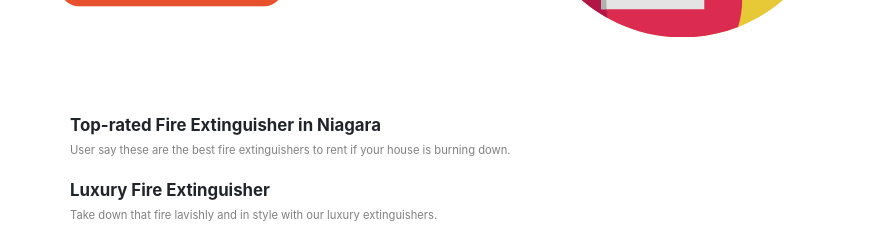
Repository: tomas938/Nuxt-crash-app
Page: /
An editor plug-in stored every save of this project. The page is shown before and after a run of saves, followed by the edit.
The browser window is 1280 px wide. The pictures show the part of the page from y = 499 to 2419 px (the page is 842 px tall before and 2866 px after), at 70% of full size.
The project was rebuilt for these pictures with package versions that can differ from the ones it lists, and the page was loaded fresh each time. The framework's server and built-in components were replaced by stand-ins that run in the browser. Also part of the build but not shown: nuxt.config.js.

Above is the page before, as saved 2021-08-29 12:42:14.

After the next 2 saves:
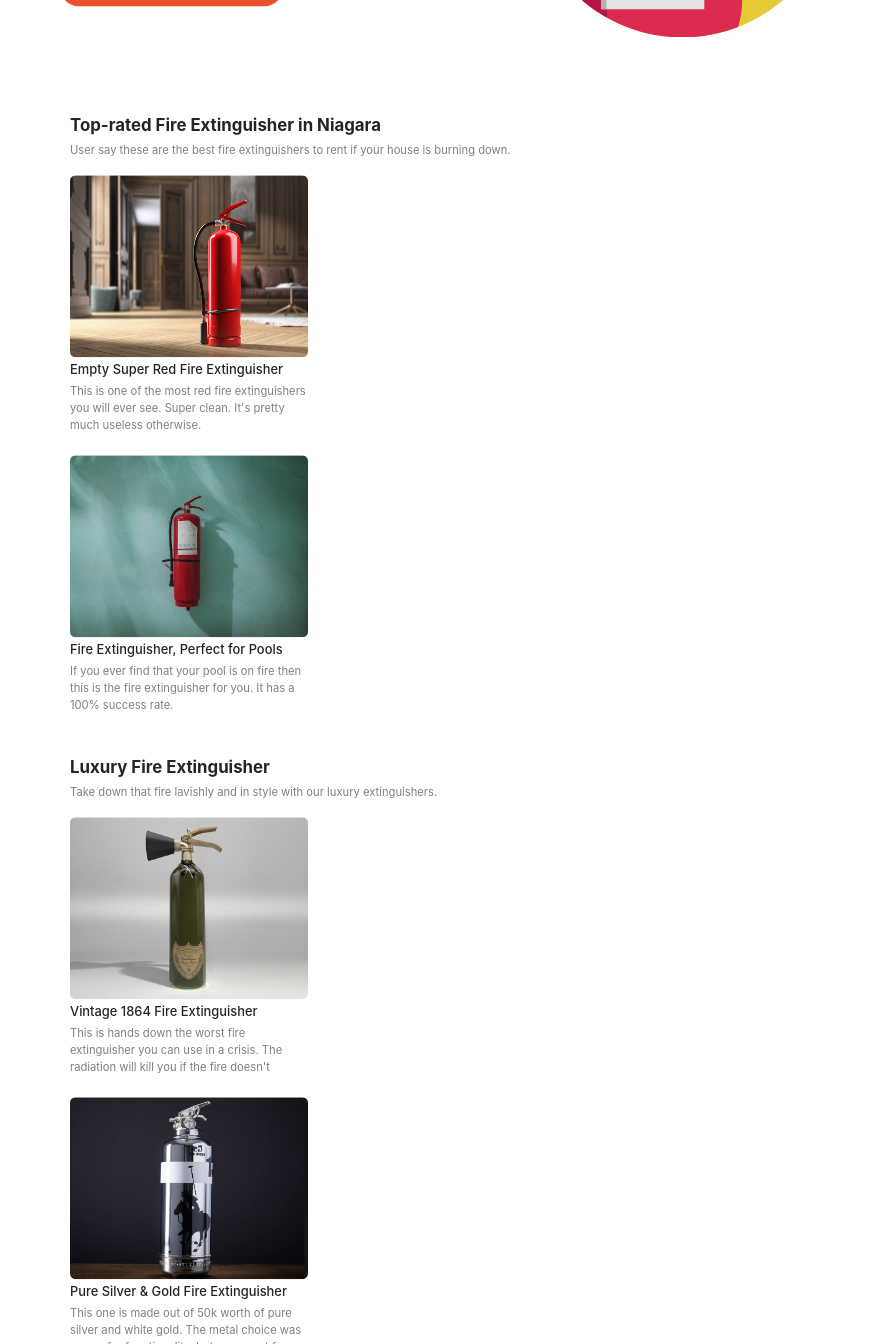
The 2 saves are shown as one change because 1 did not build or start.
The last was saved 49 s later.
--- a/components/LargeCard.vue
+++ b/components/LargeCard.vue
@@ -1,7 +1,7 @@
 <template>
   <div class="card">
     <img
-      :src="require(`../assets/images/${card.image} || 'fe1.jpg'`)"
+      :src="require(`../assets/images/${card.image || 'fe1.jpg'}`)"
       alt="fe"
       class="image"
     />
